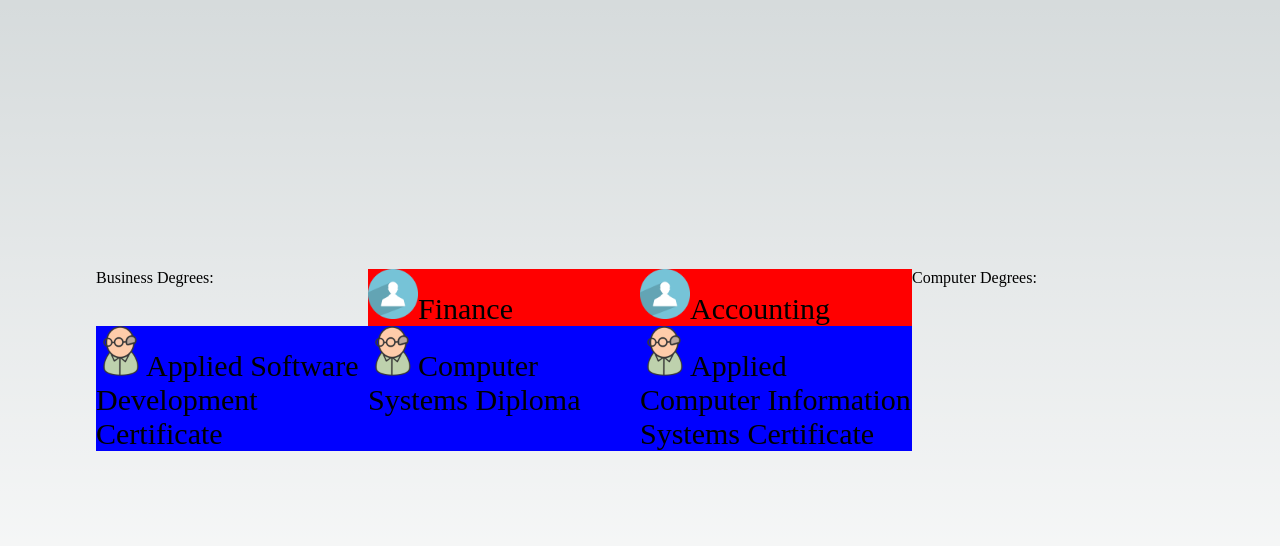
Repository: NeemaToto/mdia2109week3
Page: /
An editor plug-in stored every save of this project. The page is shown before and after the next save, followed by the edit.
The browser window is 1280 px wide. The pictures show the whole page.
The project was rebuilt for these pictures with package versions that can differ from the ones it lists, and the page was loaded fresh each time. The framework's server and built-in components were replaced by stand-ins that run in the browser. Also part of the build but not shown: next.config.js.

Above is the page before, as saved 2023-01-19 12:16:35.

### pages/index.js
import Head from 'next/head'
import Image from 'next/image'
import { Inter } from '@next/font/google'
import styles from '@/styles/Home.module.css'
import data from '../data/education.json'
import { useState } from 'react'
import Card from '../components/card'
import Link from 'next/link'

const inter = Inter({ subsets: ['latin'] })

export default function Home() {
  console.log(data);
  const [information, setInformation] = useState([...data]);

  return (
    <>
      <Head>
        <title>Departments of School</title>
        <meta name="description" content="Generated by create next app" />
        <meta name="viewport" content="width=device-width, initial-scale=1" />
        <link rel="icon" href="/degree-icon.png"/>
      </Head>
      <main className={styles.main}>




        <div className={styles.grid}>
          <div>Business Degrees:</div>
          {
            information && information.map((info, index) => {
              if (info.department === "Business") {
                return (
                  <Card key={index} degree={info.degree} colour="red" font="30px" />
                )
              }
            })
          }
          <div>Computer Degrees:</div>
          {
            information && information.map((info, index) => {
              <div>Computer Degrees:</div>
              if (info.department === "Computing") {
                return (
                  <Card key={index} degree={info.degree} colour="blue" font="30px" />
                )
              }
            })
          }
        </div>
      </main>
    </>
  )
}

### styles/Home.module.css
.main {
  display: flex;
  flex-direction: row;
  justify-content: center;
  align-items: center;
  padding: 6rem;
  min-height: 100vh;
  background-color: e4f0d0;
}

.description {
  display: inherit;
  justify-content: inherit;
  align-items: inherit;
  font-size: 0.85rem;
  max-width: var(--max-width);
  width: 100%;
  z-index: 2;
  font-family: var(--font-mono);
}

.description a {
  display: flex;
  justify-content: center;
  align-items: center;
  gap: 0.5rem;
}

.description p {
  position: relative;
  margin: 0;
  padding: 1rem;
  background-color: rgba(var(--callout-rgb), 0.5);
  border: 1px solid rgba(var(--callout-border-rgb), 0.3);
  border-radius: var(--border-radius);
}

.code {
  font-weight: 700;
  font-family: var(--font-mono);
}

.grid {
  display: grid;
  grid-template-columns: repeat(4, minmax(25%, auto));
  width: var(--max-width);
  max-width: 100%;
}

.card {
  padding: 1rem 1.2rem;
  border-radius: var(--border-radius);
  background: rgba(var(--card-rgb), 0);
  border: 1px solid rgba(var(--card-border-rgb), 0);
  transition: background 200ms, border 200ms;
}

.card span {
  display: inline-block;
  transition: transform 200ms;
}

.card h2 {
  font-weight: 600;
  margin-bottom: 0.7rem;
}

.card p {
  margin: 0;
  opacity: 0.6;
  font-size: 0.9rem;
  line-height: 1.5;
  max-width: 30ch;
}

.center {
  display: flex;
  justify-content: center;
  align-items: center;
  position: relative;
  padding: 4rem 0;
}

.center::before {
  background: var(--secondary-glow);
  border-radius: 50%;
  width: 480px;
  height: 360px;
  margin-left: -400px;
}

.center::after {
  background: var(--primary-glow);
  width: 240px;
  height: 180px;
  z-index: -1;
}

.center::before,
.center::after {
  content: '';
  left: 50%;
  position: absolute;
  filter: blur(45px);
  transform: translateZ(0);
}

.logo,
.thirteen {
  position: relative;
}

.thirteen {
  display: flex;
  justify-content: center;
  align-items: center;
  width: 75px;
  height: 75px;
  padding: 25px 10px;
  margin-left: 16px;
  transform: translateZ(0);
  border-radius: var(--border-radius);
  overflow: hidden;
  box-shadow: 0px 2px 8px -1px #0000001a;
}

.thirteen::before,
.thirteen::after {
  content: '';
  position: absolute;
  z-index: -1;
}

/* Conic Gradient Animation */
.thirteen::before {
  animation: 6s rotate linear infinite;
  width: 200%;
  height: 200%;
  background: var(--tile-border);
}

/* Inner Square */
.thirteen::after {
  inset: 0;
  padding: 1px;
  border-radius: var(--border-radius);
  background: linear-gradient(
    to bottom right,
    rgba(var(--tile-start-rgb), 1),
    rgba(var(--tile-end-rgb), 1)
  );
  background-clip: content-box;
}

/* Enable hover only on non-touch devices */
@media (hover: hover) and (pointer: fine) {
  .card:hover {
    background: rgba(var(--card-rgb), 0.1);
    border: 1px solid rgba(var(--card-border-rgb), 0.15);
  }

  .card:hover span {
    transform: translateX(4px);
  }
}

@media (prefers-reduced-motion) {
  .thirteen::before {
    animation: none;
  }

  .card:hover span {
    transform: none;
  }
}

/* Mobile */
@media (max-width: 700px) {
  .content {
    padding: 4rem;
  }

  .grid {
    grid-template-columns: 1fr;
    margin-bottom: 120px;
    max-width: 320px;
    text-align: center;
  }

  .card {
    padding: 1rem 2.5rem;
  }

  .card h2 {
    margin-bottom: 0.5rem;
  }

  .center {
    padding: 8rem 0 6rem;
  }

  .center::before {
    transform: none;
    height: 300px;
  }

  .description {
    font-size: 0.8rem;
  }

  .description a {
    padding: 1rem;
  }

  .description p,
  .description div {
    display: flex;
    justify-content: center;
    position: fixed;
    width: 100%;
  }

  .description p {
    align-items: center;
    inset: 0 0 auto;
    padding: 2rem 1rem 1.4rem;
    border-radius: 0;
    border: none;
    border-bottom: 1px solid rgba(var(--callout-border-rgb), 0.25);
    background: linear-gradient(
      to bottom,
      rgba(var(--background-start-rgb), 1),
      rgba(var(--callout-rgb), 0.5)
    );
    background-clip: padding-box;
    backdrop-filter: blur(24px);
  }

  .description div {
    align-items: flex-end;
    pointer-events: none;
    inset: auto 0 0;
    padding: 2rem;
    height: 200px;
    background: linear-gradient(
      to bottom,
      transparent 0%,
      rgb(var(--background-end-rgb)) 40%
    );
    z-index: 1;
  }
}

/* Tablet and Smaller Desktop */
@media (min-width: 701px) and (max-width: 1120px) {
  .grid {
    grid-template-columns: repeat(2, 50%);
  }
}

@media (prefers-color-scheme: dark) {
  .vercelLogo {
    filter: invert(1);
  }

  .logo,
  .thirteen img {
    filter: invert(1) drop-shadow(0 0 0.3rem #ffffff70);
  }
}

@keyframes rotate {
  from {
    transform: rotate(360deg);
  }
  to {
    transform: rotate(0deg);
  }
}

### data/education.json
[
        {
            "studentNumber": "A0004567",
            "firstName": "Person 1",
            "gpa": 3.8,
            "department": "Business",
            "degree": "Finance",
            "graduted": 2014
        },
        {
            "studentNumber": "A0001234",
            "firstName": "Person 2",
            "gpa": 3.5,
            "department": "Business",
            "degree": "Accounting",
            "graduted": 2010
        },
        {
            "studentNumber": "A0007890",
            "firstName": "Person 3",
            "gpa": 3.2,
            "department": "Computing",
            "degree": "Applied Software Development Certificate",
            "graduted": 2018
        },
        {
            "studentNumber": "A0007828",
            "firstName": "Person 4",
            "gpa": 3.9,
            "department": "Computing",
            "degree": "Computer Systems Diploma",
            "graduted": 2021
        },
        {
            "studentNumber": "A0003425",
            "firstName": "Person 5",
            "gpa": 3.2,
            "department": "Computing",
            "degree": "Applied Computer Information Systems Certificate",
            "graduted": 2021
        }
]

### components/card/index.js
export default function Card({
    degree = "none",
    colour = "purple",
    font = 0,
    image = 'icon/personTwo.png'
}){
    return(
        <div style={{backgroundColor: colour, fontSize: font}}>
            {
                colour === "red" ? <img src={'icon/person.png'} width="50"/> :
                colour === "blue" ? <img src={'icon/personThree.png'} width="50"/> :
                                    <img src={image} width="50"/>
            }
            {degree}
        </div>
    )
}

Loaded but not shown: pages/_app.js (common file); pages/_document.js (common file); styles/globals.css (common file)

After the next save:
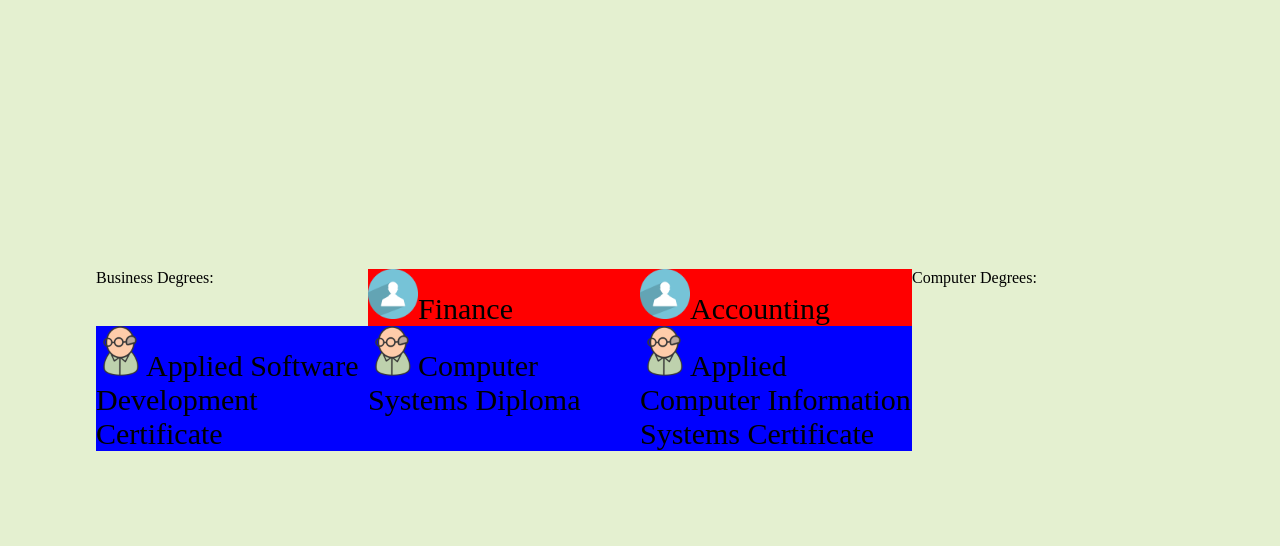
Saved 6 s later.
--- a/styles/Home.module.css
+++ b/styles/Home.module.css
@@ -5,7 +5,7 @@
   align-items: center;
   padding: 6rem;
   min-height: 100vh;
-  background-color: e4f0d0;
+  background-color: #e4f0d0;
 }
 
 .description {
